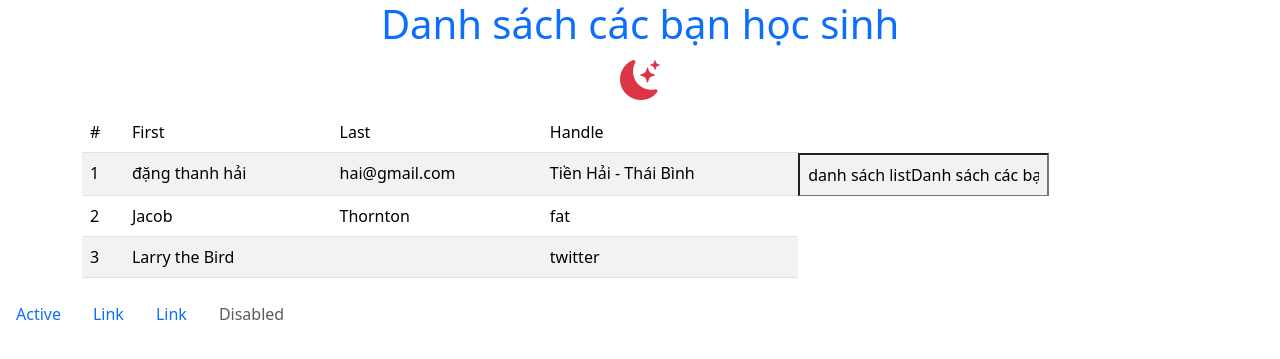
Repository: danghoanghai2k2/BeginAnguLar
Page: / (app in FirstAnGuLar/)
The author's editor kept a copy of each file at every save. The page is drawn from the files as they stood at one save, then again after the next save.
The browser window is 1280 px wide. The pictures show the whole page.
The project was rebuilt for these pictures with package versions that can differ from the ones it lists, and the page was loaded fresh each time. Also part of the build but not shown: FirstAnGuLar/angular.json.

Above is the page before, as saved 2024-06-08 09:29:19.

### FirstAnGuLar/src/index.html
<!doctype html>
<html lang="en">
<head>
  <meta charset="utf-8">
  <title>FirstAnGuLar</title>
  <base href="/">
  <meta name="viewport" content="width=device-width, initial-scale=1">
  <link rel="icon" type="img" href="../public/img/465.jpg">
</head>
<body>
  <app-root></app-root>
</body>
</html>

### FirstAnGuLar/src/styles.css

*,
*:before,
*:after {
  box-sizing: border-box;
}
* {
  margin: 0;
  padding: 0;
  font: inherit;
}
img,
picture,
svg,
video {
  display: block;
  max-width: 100%;
}
input,
select,
textarea {
  background-color: transparent;
  outline: none;
}
button {
  cursor: pointer;
  background-color: transparent;
  outline: none;
  border: 0;
}
body {
  min-height: 100vh;
  font-weight: 400;
  font-size: 16px;
  line-height: 1;
}

### FirstAnGuLar/src/main.ts
import { bootstrapApplication } from '@angular/platform-browser';
import { appConfig } from './app/app.config';
import { AppComponent } from './app/app.component';
// import { ChildComponent } from './app/child/child.component';

bootstrapApplication(AppComponent, appConfig)
  .catch((err) => console.error(err));

### FirstAnGuLar/src/app/app.component.ts
import { Component } from '@angular/core';
import { RouterOutlet } from '@angular/router';
import { User } from './common/User';
import { HeaderComponent } from './component/header/header.component';

@Component({
  selector: 'app-root',
  standalone: true,
  imports: [RouterOutlet,HeaderComponent],
  templateUrl: './app.component.html',
  styleUrl: './app.component.css'
})
export class AppComponent {
  // tạo ra thẻ tiêu đề
  lists = 'Danh sách các bạn học sinh';
  nguoiDung:User = {
    id :1,
    name :'đặng thanh hải',
    email :'hai@gmail.com',
    address: 'Tiền Hải - Thái Bình'
  };
}

### FirstAnGuLar/src/app/app.component.html
<div class="container">
    <div class="header">
        <h1 class="text-center text-primary">{{lists}}</h1>
        <h1 class="text-center text-danger"><i class="bi bi-moon-stars-fill"></i></h1>
    </div>
    <table class="table table-striped">
        <thead>
          <tr>
            <th scope="col">#</th>
            <th scope="col">First</th>
            <th scope="col">Last</th>
            <th scope="col">Handle</th>
          </tr>
        </thead>
        <tbody>
          <tr>
            <th scope="row">{{nguoiDung.id}}</th>
            <td>{{nguoiDung.name}}</td>
            <td>{{nguoiDung.email}}</td>
            <td>{{nguoiDung.address}}</td>
            <input type="text" name="" value="danh sách list{{lists}}" id="">
          </tr>
          <tr>
            <th scope="row">2</th>
            <td>Jacob</td>
            <td>Thornton</td>
            <td>fat</td>
          </tr>
          <tr>
            <th scope="row">3</th>
            <td colspan="2">Larry the Bird</td>
            <td>twitter</td>
          </tr>
        </tbody>
      </table>
</div>
<app-header></app-header>

### FirstAnGuLar/src/app/component/header/header.component.ts
import { Component } from '@angular/core';

@Component({
  selector: 'app-header',
  standalone: true,
  imports: [],
  templateUrl:'./header.component.html',
  styleUrl: './header.component.css'
})
export class HeaderComponent {

}

### FirstAnGuLar/src/app/component/header/header.component.html
<ul class="nav">
    <li class="nav-item">
      <a class="nav-link active" aria-current="page" href="#">Active</a>
    </li>
    <li class="nav-item">
      <a class="nav-link" href="#">Link</a>
    </li>
    <li class="nav-item">
      <a class="nav-link" href="#">Link</a>
    </li>
    <li class="nav-item">
      <a class="nav-link disabled" aria-disabled="true">Disabled</a>
    </li>
  </ul>

Loaded but not shown: FirstAnGuLar/src/app/app.config.ts (common file); FirstAnGuLar/src/app/app.routes.ts (common file); FirstAnGuLar/src/app/app.component.css (no stored copy; drawn as an empty file); FirstAnGuLar/src/app/component/header/header.component.css (no stored copy; drawn as an empty file)

After the next save:
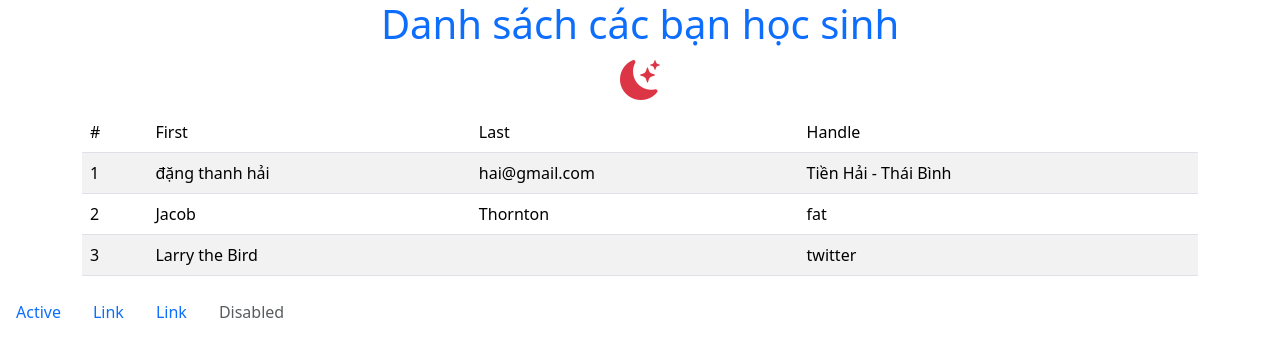
Saved 11 s later.
--- a/FirstAnGuLar/src/app/app.component.html
+++ b/FirstAnGuLar/src/app/app.component.html
@@ -18,7 +18,6 @@
             <td>{{nguoiDung.name}}</td>
             <td>{{nguoiDung.email}}</td>
             <td>{{nguoiDung.address}}</td>
-            <input type="text" name="" value="danh sách list{{lists}}" id="">
           </tr>
           <tr>
             <th scope="row">2</th>
